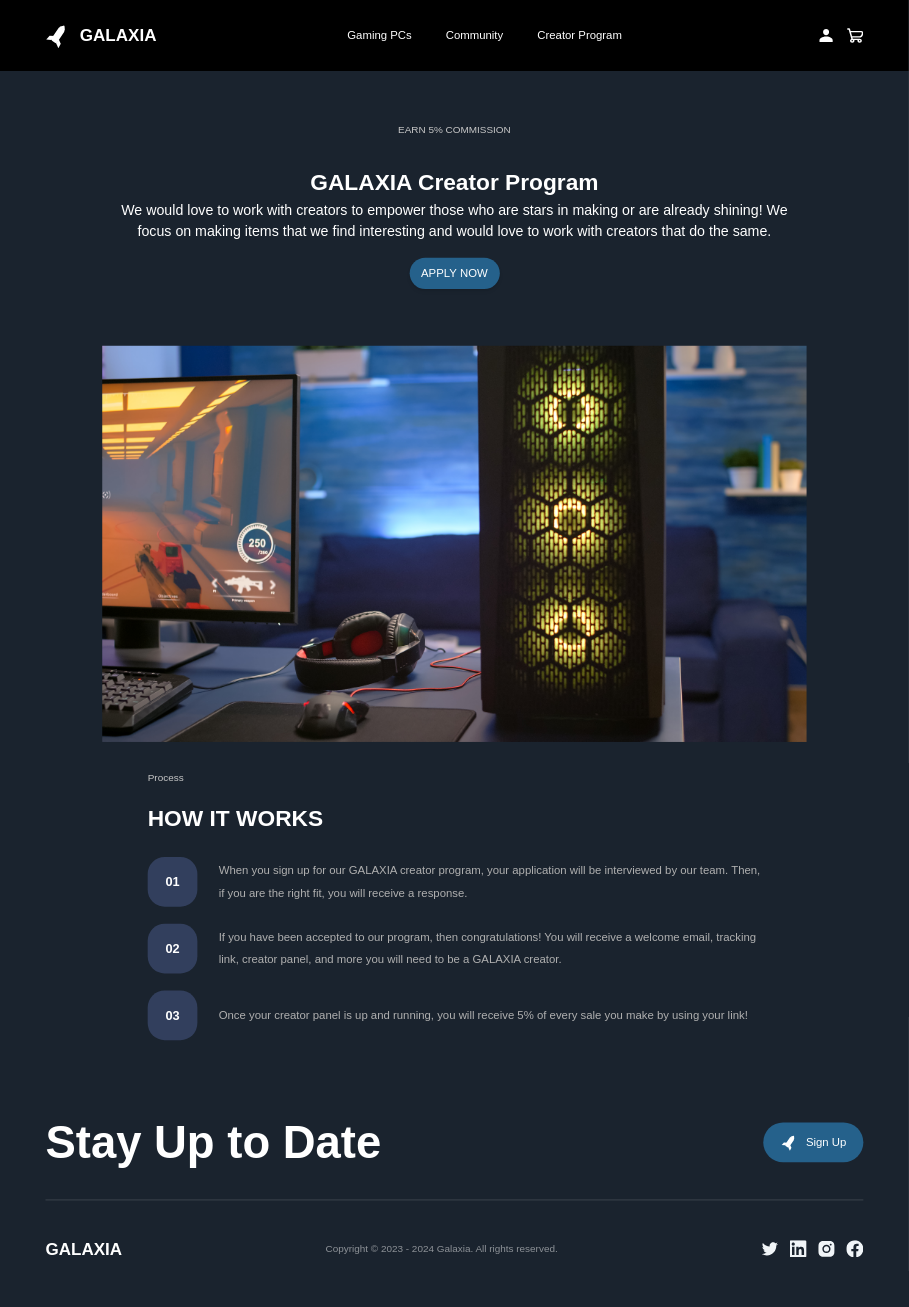
Repository: kaitlynlie/galaxia_pcs
Page: /creator
The author's editor kept a copy of each file at every save. The page is drawn from the files as they stood at one save, then again after the next save.
The browser window is 1280 px wide. The pictures show the whole page, at 71% of full size.
Some web fonts or font styles are not loaded; a fallback is used. The project was rebuilt for these pictures with package versions that can differ from the ones it lists, and the page was loaded fresh each time. Also part of the build but not shown: vite.config.js, components/Button.jsx, components/PCcard.jsx, sections/Hero.jsx, sections/Triton.jsx, sections/Neptune.jsx, sections/Jupiter.jsx, sections/WhyUs.jsx and 7 more. Imported but missing from the stored project, and not drawn on this page: src/assets/video.mp4.

Above is the page before, as saved 2023-08-08 19:25:16.

### index.html
<!DOCTYPE html>
<html lang="en">
  <head>
    <meta charset="UTF-8" />
    <link rel="icon" type="image/svg+xml" href="/logo.svg" />
    <link rel="preconnect" href="https://stijndv.com" />
    <link rel="stylesheet" href="https://stijndv.com/fonts/Eudoxus-Sans.css" />
    <meta name="viewport" content="width=device-width, initial-scale=1.0" />
    <title>GALAXIA</title>
  </head>
  <body>
    <div id="root"></div>
    <script type="module" src="/src/main.jsx"></script>
  </body>
</html>

### src/main.jsx
import React from 'react'
import App from './App.jsx'
import ReactDOM from 'react-dom';
import { BrowserRouter } from 'react-router-dom';


ReactDOM.render(
  <BrowserRouter>
    <App />
  </BrowserRouter>,
  document.getElementById('root'),
);

### src/App.jsx
import Navbar from '../components/Navbar'
import Home from '../pages/Home'
import Community from '../pages/Community'
import Creator from '../pages/Creator'
import PCs from '../pages/PCs'
import { Route, Routes } from 'react-router-dom'
import React from 'react'
import '../styles/globals.css'

function App() {

  return (
    <>
    <div className='bg-primary-black overflow-hidden'>
      <Navbar />
      <Routes>
        <Route index path="/" element={<Home />} />
        <Route path="pc" element={<PCs />} />
        <Route path="community" element={<Community />} />
        <Route path="creator" element={<Creator />} />
      </Routes>
     </div>
    </>
  )
}

export default App

### components/Navbar.jsx
import { motion } from "framer-motion";
import styles from '../styles'
import { navVariants, textVariant } from '../utils/motion'
import { useState } from "react";
import { RiMenu3Line, RiCloseLine } from 'react-icons/ri';
import { Link } from 'react-router-dom'
import React from 'react'

const Navbar = () => {
  const [toggleMenu, setToggleMenu] = useState(false);

  const [nav, setNav] = useState(false);

  const openNav = () => {
    setNav(!nav);
  };

  return(
   <motion.nav
    variants={navVariants}
    initial="show"
    whileInView="show"
    viewport={{ once: false, amount: 0.25 }}
    className={`${styles.xPaddings} py-8 relative bg-black`}
  >
    <div className={`${styles.innerWidth} mx-auto flex justify-between gap-8 inline-block`}>
      <div className="flex flex-row gap-4">
        <img
          src='./logo.svg'
          alt='logo'
          />
          <Link onClick={openNav} to="/"><motion.h1 variants={textVariant(1.1)} className="flex text-white font-bold text-[24px]">
            <a>GALAXIA</a>
          </motion.h1></Link>
      </div>

      <ul className='flex justify-center items-center text-white max-[880px]:hidden block'>
        <Link onClick={openNav} to='/pc'><li className="mr-12"><a>Gaming PCs</a></li></Link>
        <Link onClick={openNav} to='/community'><li className="mr-12"><a>Community</a></li></Link>
        <Link onClick={openNav} to='/creator'><li><a>Creator Program</a></li></Link>
      </ul>

      <div className="relative ml-1 pointer max-[880px]:block hidden z-10">
        {toggleMenu
          ? <RiCloseLine color="#fff" size={27} onClick={() => setToggleMenu(false)} />
          : <RiMenu3Line color="#fff" size={27} onClick={() => setToggleMenu(true)} />}
        {toggleMenu && (
        <div className="flex justify-end items-end flex-col text-end bg-[#026884ce] p-3 absolute top-[40px] right-[10px] mt-1 rounded-[5px] shadow z-10">
          <div className="none">
            <ul className='flex justify-end items-end flex-col text-white text-end p-1'>
              <Link onClick={openNav} to='/pc'><li><a>Gaming PCs</a></li></Link>
              <Link onClick={openNav} to='/community'><li className="mt-2 pointer"><a>Community</a></li></Link>
              <Link onClick={openNav} to='/creator'><li className="mt-2 pointer"><a>Creator Program</a></li></Link>
            </ul>
          </div>
        </div>
        )}
        </div>

        <div className="flex flex-row gap-4 items-center max-[880px]:hidden block">
        <img
          src='./user.svg'
          alt='user'
        />
        <img
          src='./cart.svg'
          alt='cart'
        />
      </div>
      </div>

  </motion.nav>
  );
};

export default Navbar;

### pages/Creator.jsx
import React from 'react'
import { Footer } from '../components'
import Program from '../sections/Program'

const Creator = () => {
  return (
    <div className='bg-primary-black overflow-hidden'>
      <div className='relative'>
        <Program />
        <Footer />
      </div>
    </div>
  )
}

export default Creator

### styles/globals.css
@import "tailwindcss/base";

@import "tailwindcss/components";

@import "tailwindcss/utilities";

* {
  margin: 0;
  padding: 0;
  box-sizing: border-box;
  font-family: "Eudoxus Sans", sans-serif;
  scroll-behavior: smooth;
}

.gradient-01 {
  background-image: linear-gradient(
    270deg,
    hsl(295deg 76% 51%) 0%,
    hsl(284deg 70% 73%) 26%,
    hsl(257deg 70% 86%) 39%,
    hsl(202deg 92% 90%) 50%,
    hsl(215deg 77% 81%) 61%,
    hsl(221deg 73% 70%) 74%,
    hsl(220deg 76% 51%) 100%
  );
  filter: blur(125px);
}

.hero-gradient {
  background: linear-gradient(
    97.86deg,
    #a509ff 0%,
    #34acc7 53.65%,
    #a134c7 100%
  );
}

.gradient-02 {
  position: absolute;
  width: 200px;
  height: 438px;
  top: 0px;
  right: 0px;

  background: #7aebfb;
  filter: blur(190px);
}

.glassmorphism {
  background: rgba(255, 255, 255, 0.25);
  box-shadow: 0 8px 32px 0 rgba(31, 38, 135, 0.37);
  backdrop-filter: blur(4px);
  -webkit-backdrop-filter: blur(4px);
  border: 1px solid rgba(255, 255, 255, 0.18);
}

.gradient-03 {
  position: absolute;
  width: 404px;
  height: 800px;
  left: 20%;
  top: 5%;

  background: rgba(149, 66, 232, 0.35);
  filter: blur(175px);
  transform: rotate(-114.2deg);
}

.gradient-04 {
  position: absolute;
  width: 304px;
  height: 100vh;
  left: 30%;
  top: 10%;

  background: rgba(45, 72, 152, 0.75);
  filter: blur(200px);
  transform: rotate(-53.13deg);
}

.gradient-05 {
  background: linear-gradient(
    180deg,
    rgba(255, 255, 255, 0.04) 0%,
    rgba(255, 255, 255, 0) 100%
  );
}

.feedback-gradient {
  position: absolute;
  width: 200px;
  height: 316px;
  left: 0px;
  top: 0px;

  background: #8d39a3;
  filter: blur(175px);
}

.footer-gradient {
  position: absolute;
  width: 500px;
  height: 100px;
  left: 37%;
  bottom: 0;

  background: #65c4fa;
  filter: blur(150px);
}

.object {
  animation: MoveUpDown 4s linear infinite;
  position: relative;
  left: 0;
  bottom: 0;
}

@keyframes MoveUpDown {
  0%, 100% {
    bottom: 0;
  }
  50% {
    bottom: 100px;
  }
}

### styles/index.js
const styles = {
    innerWidth: '2xl:max-w-[1280px] w-full',
    interWidth: 'lg:w-[80%] w-[100%]',

    paddings: 'sm:p-16 xs:p-8 px-6 py-12',
    yPaddings: 'sm:py-16 xs:py-8 py-12',
    xPaddings: 'sm:px-16 px-6',
    topPaddings: 'sm:pt-16 xs:pt-8 pt-12',
    bottomPaddings: 'sm:pb-16 xs:pb-8 pb-12',

    flexCenter: 'flex justify-center items-center',
    flexStart: 'flex justify-start items-start',
    flexEnd: 'flex justify-end',
    navPadding: 'pt-[98px]',

    // hero section
    heroHeading:
        'font-bold lg:text-[144px] md:text-[100px] sm:text-[60px] text-[44px] lg:leading-[158.4px] md:leading-[114.4px] sm:leading-[74.4px] leading-[64.4px] uppercase text-white',
    heroDText:
        'md:w-[212px] sm:w-[80px] w-[60px] md:h-[108px] sm:h-[48px] h-[38px] md:border-[18px] border-[9px] rounded-r-[50px] border-white sm:mx-2 mx-[6px]',
  };

  export default styles;

### utils/motion.js
export const navVariants = {
  hidden: {
    opacity: 0,
    y: -50,
    transition: {
      type: 'spring',
      stiffness: 300,
      damping: 140,
    },
  },
  show: {
    opacity: 1,
    y: 0,
    transition: {
      type: 'spring',
      stiffness: 80,
      delay: 1,
    },
  },
};

export const slideIn = (direction, type, delay, duration) => ({
  hidden: {
    x: direction === 'left' ? '-100%' : direction === 'right' ? '100%' : 0,
    y: direction === 'up' ? '100%' : direction === 'down' ? '100%' : 0,
  },
  show: {
    x: 0,
    y: 0,
    transition: {
      type,
      delay,
      duration,
      ease: 'easeOut',
    },
  },
});

export const staggerContainer = (staggerChildren, delayChildren) => ({
  hidden: {},
  show: {
    transition: {
      staggerChildren,
      delayChildren,
    },
  },
});

export const textVariant = (delay) => ({
  hidden: {
    y: 50,
    opacity: 0,
  },
  show: {
    y: 0,
    opacity: 1,
    transition: {
      type: 'spring',
      duration: 1.25,
      delay,
    },
  },
});

export const textContainer = {
  hidden: {
    opacity: 0,
  },
  show: (i = 1) => ({
    opacity: 1,
    transition: { staggerChildren: 0.1, delayChildren: i * 0.1 },
  }),
};

export const textVariant2 = {
  hidden: {
    opacity: 0,
    y: 20,
  },
  show: {
    opacity: 1,
    y: 0,
    transition: {
      type: 'tween',
      ease: 'easeIn',
    },
  },
};

export const fadeIn = (direction, type, delay, duration) => ({
  hidden: {
    x: direction === 'left' ? 100 : direction === 'right' ? -100 : 0,
    y: direction === 'up' ? 100 : direction === 'down' ? -100 : 0,
    opacity: 0,
  },
  show: {
    x: 0,
    y: 0,
    opacity: 1,
    transition: {
      type,
      delay,
      duration,
      ease: 'easeOut',
    },
  },
});

export const planetVariants = (direction) => ({
  hidden: {
    x: direction === 'left' ? '-100%' : '100%',
    rotate: 120,
  },
  show: {
    x: 0,
    rotate: 0,
    transition: {
      type: 'spring',
      duration: 1.8,
      delay: 0.5,
    },
  },
});

export const zoomIn = (delay, duration) => ({
  hidden: {
    scale: 0,
    opacity: 0,
  },
  show: {
    scale: 1,
    opacity: 1,
    transition: {
      type: 'tween',
      delay,
      duration,
      ease: 'easeOut',
    },
  },
});

export const footerVariants = {
  hidden: {
    opacity: 0,
    y: 50,
    transition: {
      type: 'spring',
      stiffness: 300,
      damping: 140,
    },
  },
  show: {
    opacity: 1,
    y: 0,
    transition: {
      type: 'spring',
      stiffness: 80,
      delay: 0.5,
    },
  },
};

### components/index.js
import Navbar from './Navbar';
import { TypingText, TitleText } from './CustomTexts';
import PCcard from './PCcard';
import WhyFeatures from './WhyFeatures';
import Footer from './Footer';
import Button from './Button';

export {
  Navbar,
  TitleText,
  TypingText,
  WhyFeatures,
  PCcard,
  Footer,
  Button,
};

### sections/Program.jsx
import React from 'react'
import { motion } from 'framer-motion'
import { Button, TypingText, WhyFeatures, TitleText } from '../components'
import styles from '../styles'
import { creators } from '../constants'

const Program = () => {
  return (
    <section className={`${styles.xPaddings} relative z-10 py-8 flex flex-col justify-center items-center mt-10`}>
      <div className={`${styles.innerWidth} md:px-[100px] mb-0 items-center flex-col flex justify-center`}>
          <TypingText title='EARN 5% COMMISSION' textStyles='text-center' />
          <div className="font-normal text-center text-secondary-white mt-10 flex-col flex flex-center items-center justify-center">
              <span className="font-extrabold text-white sm:text-[32px] text-[20px]">GALAXIA Creator Program</span>
              <p className="text-[20px] text-white">We would love to work with creators to empower those who are stars in making or are already shining! We focus on making items that we find interesting and would love to work with creators that do the same.</p>
            <button
                type="button"
                className="flex w-[127px] h-[44px] mt-[22px] items-center justify-center gap-[12px] bg-[#25618B] text-white text-[16px] rounded-[32px] pointer tracking-[0.08px] shrink-0 shadow-md transition-transform duration-300 hover:scale-105 hover:shadow-lg"
                >APPLY NOW
            </button>
        </div>
        </div>

        <div
          className="flex justify-center items-center flex-col mt-20 max-[549px]:px-0 px-20 relative">
            <img
                src='/creator.jpg'
                alt='creator'
            />
            <div className={'max-[775px]:px-0 px-16 w-full relative mt-10'}>
                <TypingText title="Process" />
                <TitleText title={<>HOW IT WORKS</>} />
                <div className="mt-[31px] flex flex-wrap items-center justify-start gap-[24px]">
                {creators.map((feature) => (
                <WhyFeatures key={feature.subtitle} {...feature} />
                ))}
            </div>
        </div>
        </div>
    </section>
  )
}

export default Program

### components/CustomTexts.jsx
'use client';

import { motion } from "framer-motion";
import { textContainer, textVariant2 } from '../utils/motion'

export const TypingText = ({ title, textStyles}) => (
  <motion.p
    variants={textContainer}
    className={`font-normal text-[14px] text-secondary-white ${textStyles}`}
  >
    {Array.from(title).map((letter, index) => (
      <motion.span variants={textVariant2} key={index}>
        {letter === ' ' ? '\u00A0' : letter}
      </motion.span>
    ))}
  </motion.p>
);

export const TitleText = ({ title, textStyles}) => (
  <motion.h2
    variants={textVariant2}
    initial='hidden'
    whileInView='show'
    className={`mt-[22px] font-bold text-[32px] text-white ${textStyles}`}>
      {title}
  </motion.h2>
);

### components/WhyFeatures.jsx
import styles from "../styles";

const WhyFeatures = ({ number, subtitle
}) => (
  <div className={`${styles.flexCenter} flex-row`}>
    <div className={`${styles.flexCenter} w-[70px] h-[70px] rounded-[24px] bg-[#323f5d]`}>
      <p className="font-bold text-[18px] text-white">0{number}</p>
    </div>
    <p className="flex-1 ml-[30px] font-normal text-[16px] text-[#B0B0B0] leading-[32px]">{subtitle}</p>
  </div>
);

export default WhyFeatures;

### components/Footer.jsx
'use client';
import { motion } from "framer-motion";
import { socials } from "../constants";
import styles from "../styles";
import { footerVariants } from "../utils/motion";

const Footer = () => (
  <motion.footer
    variants={footerVariants}
    initial='show'
    whileInView='show'
    viewport={{ once: true, amount: 0.25 }}
    className={`${styles.paddings} py-8 relative`}>
    {/* <div className="footer-gradient" /> */}
    <div className={`${styles.innerWidth} mx-auto flex flex-col gap-8`}>
      <div className="flex items-center sm:justify-between flex-wrap gap-5">
        <h4 className="font-bold md:text-[64px] text-[44px] text-white">Stay Up to Date</h4>
        <button type="button" className="flex items-center h-fit py-4 px-6 bg-[#25618b] rounded-[32px] gap-[12px]">
          <img src='/logo.svg' alt='logo' className="w-[24px] h-[24px] object-contains"/>
          <span className="font-normal text-[16px] text-white">Sign Up</span>
        </button>
      </div>

      <div className="flex flex-col">
        <div className="mb-[50px] h-[2px] bg-white opacity-10"/>
        <div className="flex items-center justify-between flex-wrap gap-4">
          <h4 className="font-extrabold text-[24px] text-white">GALAXIA</h4>
          <p className="font-normal text-[14px] text-white opacity-50">
          Copyright © 2023 - 2024 Galaxia. All rights reserved.
          </p>
          <div className="flex gap-4">
            {socials.map((social) => (
              <img
                key={social.name}
                src={social.url}
                alt={social.name}
                className="w-[24px] h-[24px] object-contain cursor-pointer" />
            ))}
          </div>
        </div>
      </div>
    </div>
  </motion.footer>
);

export default Footer;

### constants/index.js
export const neptuneSet = [
  {
    imgUrl: '/pc3.png',
    title: 'THALASSA',
    price: '$1,099.99 USD',
    xprice: '$1,299.99 USD',
  },
  {
    imgUrl: '/pc2.png',
    title: 'NEREID',
    price: '$1,399.99 USD',
    xprice: '$1,699.99 USD',
  },
  {
    imgUrl: '/pc1.png',
    title: 'TRITON',
    price: '$1,599.99 USD',
    xprice: '$1,999.99 USD'
  }
];

export const jupiterSet = [
  {
    imgUrl: '/pc4.png',
    title: 'EUROPA',
    price: '$2,499.99 USD',
    xprice: '$2,699.99 USD',
  },
  {
    imgUrl: '/pc5.png',
    title: 'CALLISTO',
    price: '$2,599.99 USD',
    xprice: '$2,799.99 USD',
  },
  {
    imgUrl: '/pc6.png',
    title: 'GANYMEDE',
    price: '$2,799.99 USD',
    xprice: '$2,999.99 USD'
  }
]

export const whyUs = [
  {
    number: 1,
    subtitle: 'Built with the highest quality of materials, Galaxia hand builds and ships worldwide, delivering with a white glove service.'
  },
  {
    number: 2,
    subtitle: 'We offer a 1 year full parts and labor warranty in case anything happens, so you can spend your time having fun instead fo worrying.'
  },
  {
    number: 3,
    subtitle: 'We are not lying when we say we have the highest performing PCs in the galaxy, with quality parts and expert craftmanship for the best experience.'
  }
]

export const creators = [
  {
    number: 1,
    subtitle: 'When you sign up for our GALAXIA creator program, your application will be interviewed by our team. Then, if you are the right fit, you will receive a response.'
  },
  {
    number: 2,
    subtitle: 'If you have been accepted to our program, then congratulations! You will receive a welcome email, tracking link, creator panel, and more you will need to be a GALAXIA creator.'
  },
  {
    number: 3,
    subtitle: 'Once your creator panel is up and running, you will receive 5% of every sale you make by using your link!'
  }
]

export const socials = [
  {
    name: 'twitter',
    url: '/twitter.svg',
  },
  {
    name: 'linkedin',
    url: '/linkedin.svg',
  },
  {
    name: 'instagram',
    url: '/instagram.svg',
  },
  {
    name: 'facebook',
    url: '/facebook.svg',
  },
];

### tailwind.config.js
/** @type {import('tailwindcss').Config} */
module.exports = {
  content: [
    "./src/**/*.{html,js,jsx}",
    './pages/**/*.{html,js,jsx}',
    './components/**/*.{html,js,jsx}',
    './sections/**/*.{html,js,jsx}',
    './styles/**/*.{js,jsx}',
  ],
  mode: 'jit',
  theme: {
    extend: {
      colors: {
        'primary-black': '#1A232E',
        'secondary-white': '#c7c7c7',
      },
      transitionTimingFunction: {
        'out-flex': 'cubic-bezier(0.05, 0.6, 0.4, 0.9)',
      },
    },
  },
  plugins: [],
};

After the next save:
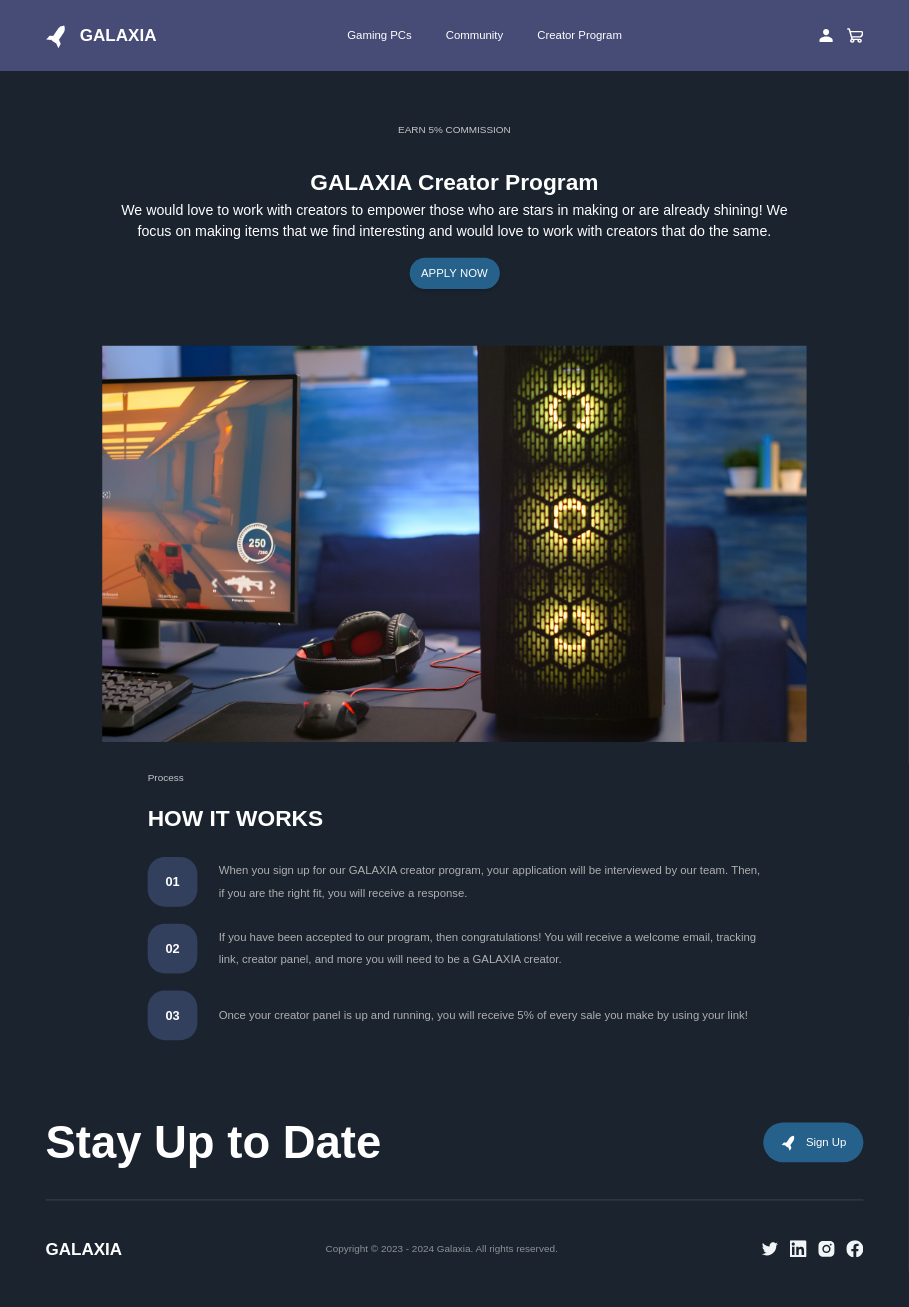
Saved 2 min 18 s later.
--- a/components/Navbar.jsx
+++ b/components/Navbar.jsx
@@ -21,7 +21,7 @@
     initial="show"
     whileInView="show"
     viewport={{ once: false, amount: 0.25 }}
-    className={`${styles.xPaddings} py-8 relative bg-black`}
+    className={`${styles.xPaddings} py-8 relative bg-[#474C77]`}
   >
     <div className={`${styles.innerWidth} mx-auto flex justify-between gap-8 inline-block`}>
       <div className="flex flex-row gap-4">
